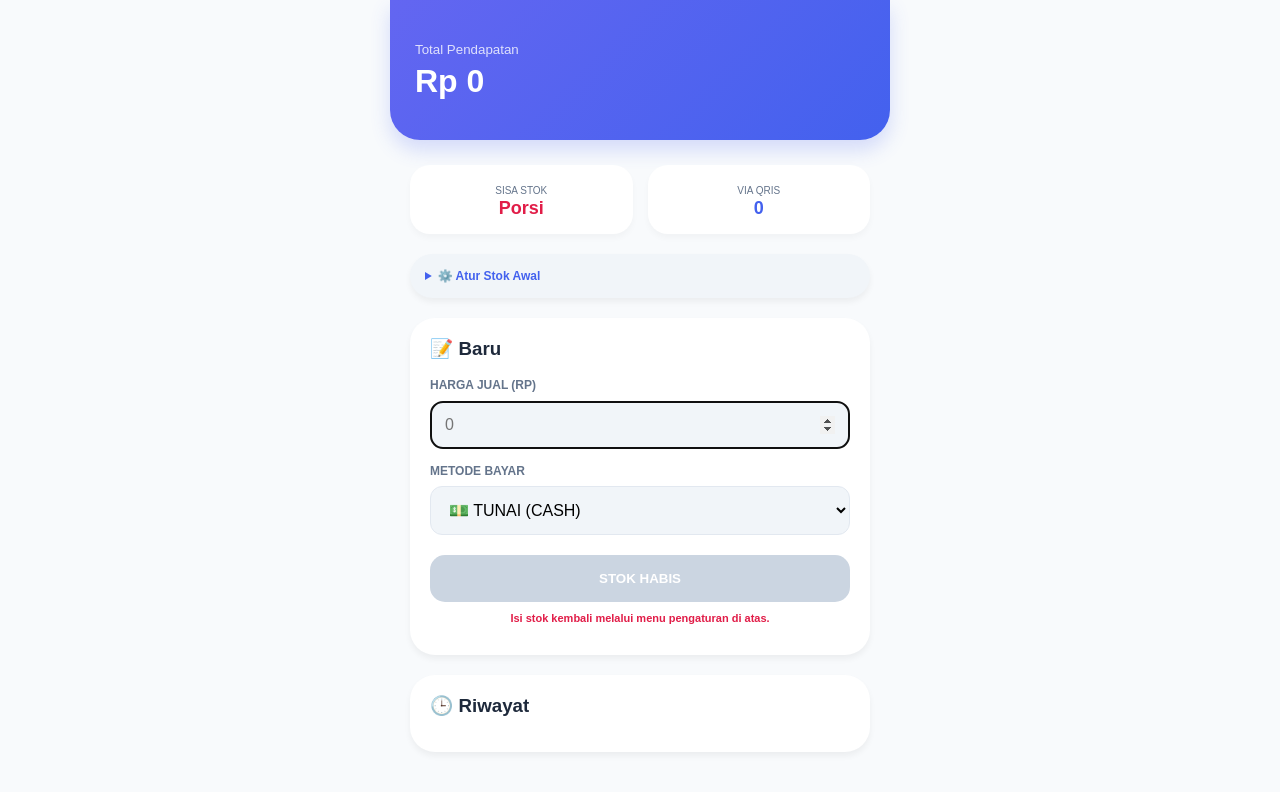
Repository: Tenno1208/bazar-app
Page: http://localhost/transaksi
These files come from the project's save history. The page is drawn as it stood at one moment and after the next save; the edit follows.
The browser window is 1280 px wide. The pictures show the whole page.
Some web fonts or font styles are not loaded; a fallback is used. The page is served by the project's Laravel application, run on PHP 8.4 with Laravel 12. Queries for data that is not in the repository find no rows.

Above is the page before, as saved 2026-03-27 15:13:46.

After the next save:
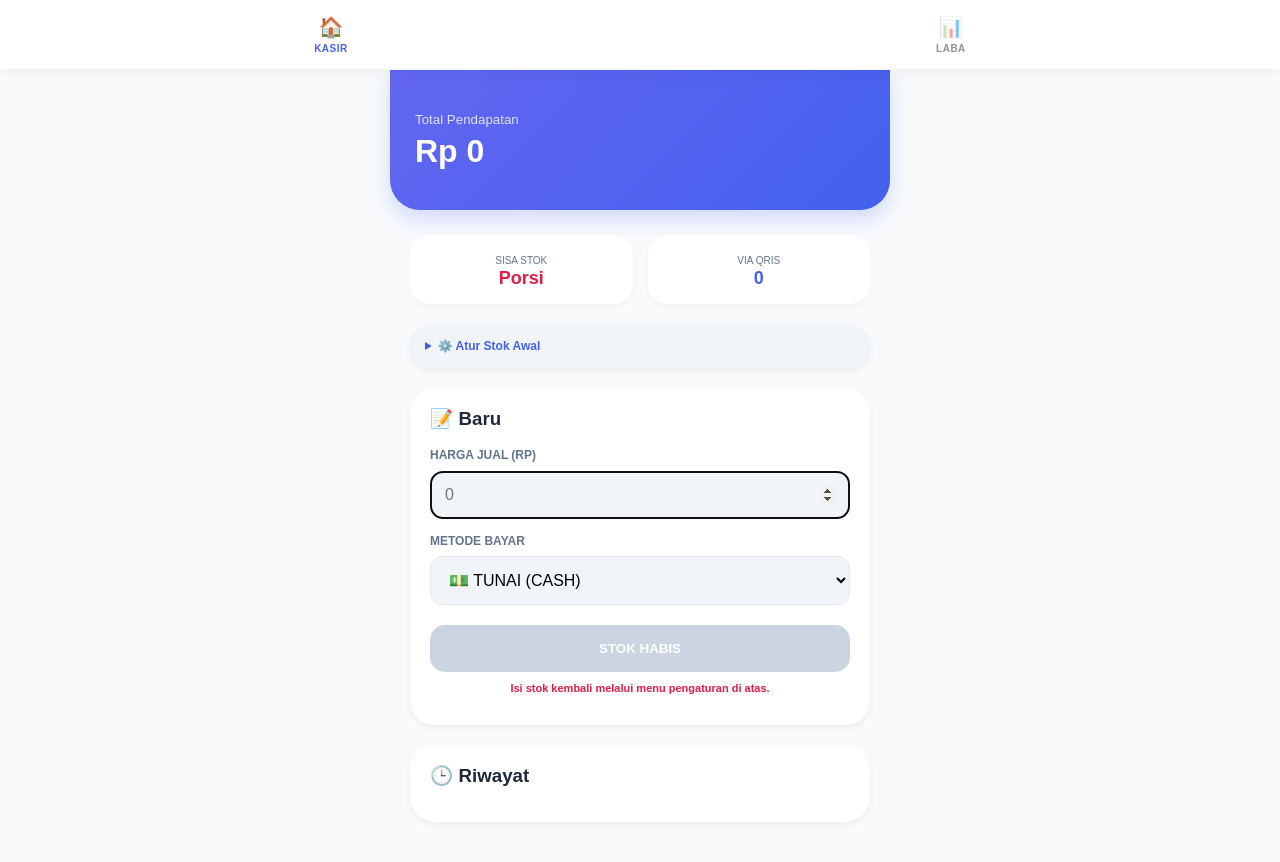
Saved 9 s later.
--- a/resources/views/dashboard.blade.php
+++ b/resources/views/dashboard.blade.php
@@ -93,6 +93,16 @@
 </head>
 <body>
 
+    <nav style="background: white; padding: 15px 20px; display: flex; justify-content: space-around; align-items: center; box-shadow: 0 2px 15px rgba(0,0,0,0.05); position: sticky; top: 0; z-index: 1000; border-bottom: 1px solid #f1f5f9;">
+    <a href="/" style="text-decoration: none; display: flex; flex-direction: column; align-items: center; gap: 4px;">
+        <span style="font-size: 20px;">🏠</span>
+        <span style="font-size: 10px; font-weight: 800; color: var(--primary); letter-spacing: 0.5px;">KASIR</span>
+    </a>
+    <a href="/laporan-keuntungan" style="text-decoration: none; display: flex; flex-direction: column; align-items: center; gap: 4px; opacity: 0.5;">
+        <span style="font-size: 20px;">📊</span>
+        <span style="font-size: 10px; font-weight: 700; color: var(--text); letter-spacing: 0.5px;">LABA</span>
+    </a>
+</nav>
 
 <div id="splash">
     <div class="bounce">🥗</div>
